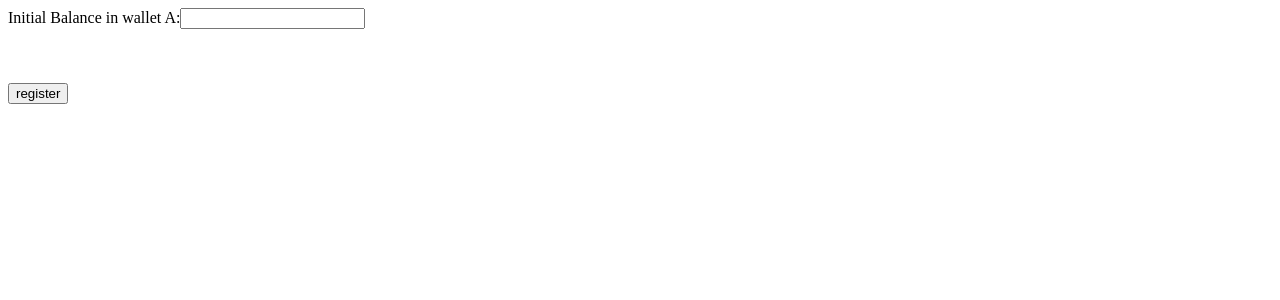
Repository: ravi-agrawalics/BlockChain
Page: http://localhost/blockChainSample/
An editor plug-in stored every save of this project. The page is shown before and after the next save, followed by the edit.
The browser window is 1280 px wide. The pictures show the whole page.
The page is served by Tomcat 9.

Above is the page before, as saved 2018-04-04 04:55:41.

After the next save:
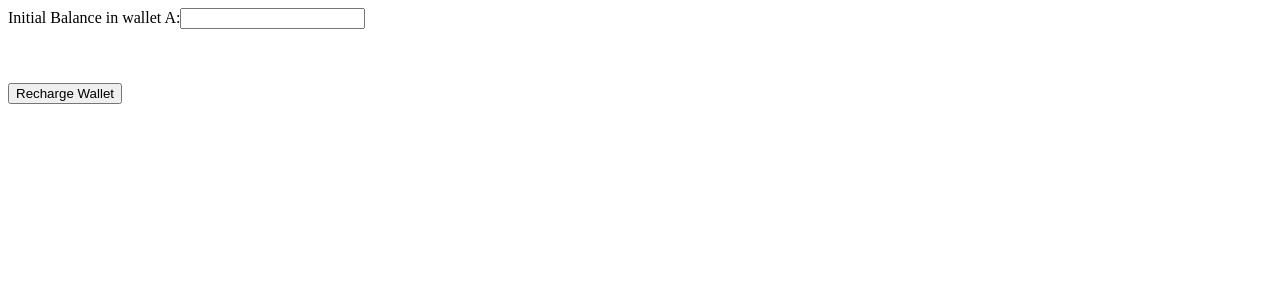
Saved 11 s later.
--- a/blockChainSample/WebContent/main.jsp
+++ b/blockChainSample/WebContent/main.jsp
@@ -10,7 +10,7 @@
 <form action="servlet/WalletServlet" method="post">
 Initial Balance in wallet A:<input type="text" name="initBalance"/><br/><br/>
 <br/><br/>
-<input type="submit" value="register"/>
+<input type="submit" value="Recharge Wallet"/>
 
 </form>
 </body>
